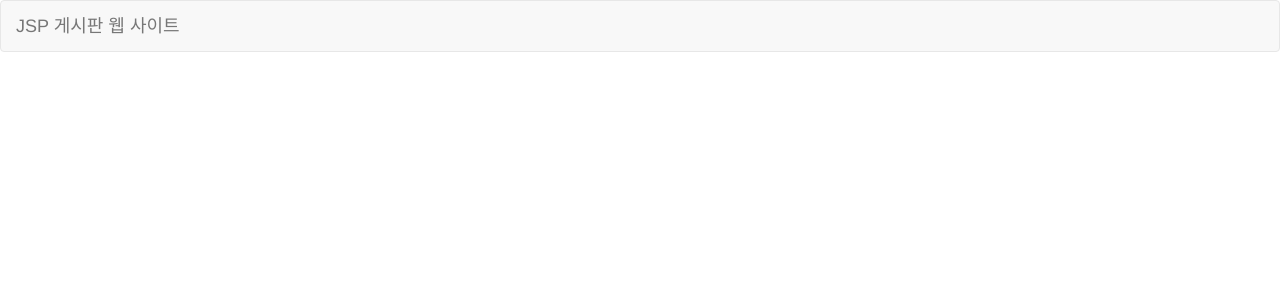
Repository: GorillaDunk/JSP
Page: http://localhost/BBS/login.jsp
An editor plug-in stored every save of this project. The page is shown before and after the next save, followed by the edit.
The browser window is 1280 px wide. The pictures show the whole page.
Some web libraries are served in a nearby version. The page is served by Tomcat 9. Other server files are loaded and not shown.

Above is the page before, as saved 2023-10-14 04:06:25.

### projects/BBS/src/main/webapp/login.jsp
<%@ page language="java" contentType="text/html; charset=UTF-8"
    pageEncoding="UTF-8"%>
<!DOCTYPE html>
<html>
<head>
	<meta charset="UTF-8">
	<meta name="viewport" content="width=device-width", initial-scale="1">
	<link rel="stylesheet" href="css/bootstrap.css">
	<title>JSP 게시판 웹 사이트</title>
</head>
<body>

	<nav class="navbar navbar-default">
		<div class="navbar-header">
		<button type="button" class="navbar-toggle collapsed"
			data-toggle="collapse" data-target="#bs-example-navbar-collapse-1" aria-expanded="false">
			<span class="icon-bar"></span>
			<span class="icon-bar"></span>
			<span class="icon-bar"></span>
		</button>
		<a class="navbar-brand" href="main.jsp"> JSP 게시판 웹 사이트 </a>
		</div>
	</nav>

	<script src="https://code.jquery.com/jquery-3.1.1.min.js"></script>
	<script src="js/bootstrap.js"></script>


</body>
</html>

Loaded but not shown: projects/BBS/src/main/webapp/css/bootstrap.css (library); projects/BBS/src/main/webapp/js/bootstrap.js (library)

After the next save:
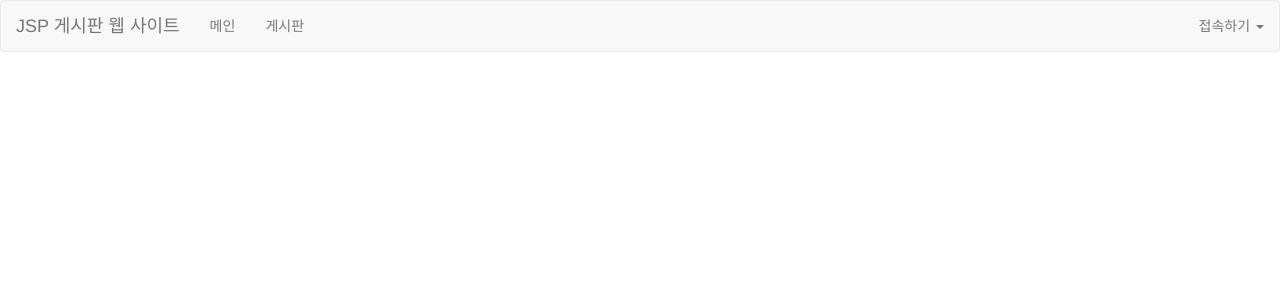
Saved 11 min 54 s later.
--- a/projects/BBS/src/main/webapp/login.jsp
+++ b/projects/BBS/src/main/webapp/login.jsp
@@ -12,14 +12,32 @@
 
 	<nav class="navbar navbar-default">
 		<div class="navbar-header">
-		<button type="button" class="navbar-toggle collapsed"
-			data-toggle="collapse" data-target="#bs-example-navbar-collapse-1" aria-expanded="false">
-			<span class="icon-bar"></span>
-			<span class="icon-bar"></span>
-			<span class="icon-bar"></span>
-		</button>
+			<button type="button" class="navbar-toggle collapsed"
+				data-toggle="collapse" data-target="#bs-example-navbar-collapse-1" aria-expanded="false">
+				<!-- 이 녀석이 오른쪽에 화면을 줄였을 때 나오는 줄 -->
+				<span class="icon-bar"></span>
+				<span class="icon-bar"></span>
+				<span class="icon-bar"></span>
+			</button>
 		<a class="navbar-brand" href="main.jsp"> JSP 게시판 웹 사이트 </a>
 		</div>
+
+
+
+		<div class="collapse navbar-collapse" id="bs-example-navbar-collapse-1">
+			<ul class="nav navbar-nav">
+				<li> <a href="main.jsp">메인</a></li>
+				<li> <a href="bbs.jsp">게시판</a></li>
+			</ul>
+
+			<ul class="nav navbar-nav navbar-right">
+				<li class="dropdown">
+					<a href="#" class="dropdown-toggle"
+					data-toggle="dropdown" role="button" aria-haspopup="true" aria-expanded="false"> 접속하기 <span class="caret"></span></a>
+				</li>
+			</ul>
+		</div>
+
 	</nav>
 
 	<script src="https://code.jquery.com/jquery-3.1.1.min.js"></script>
